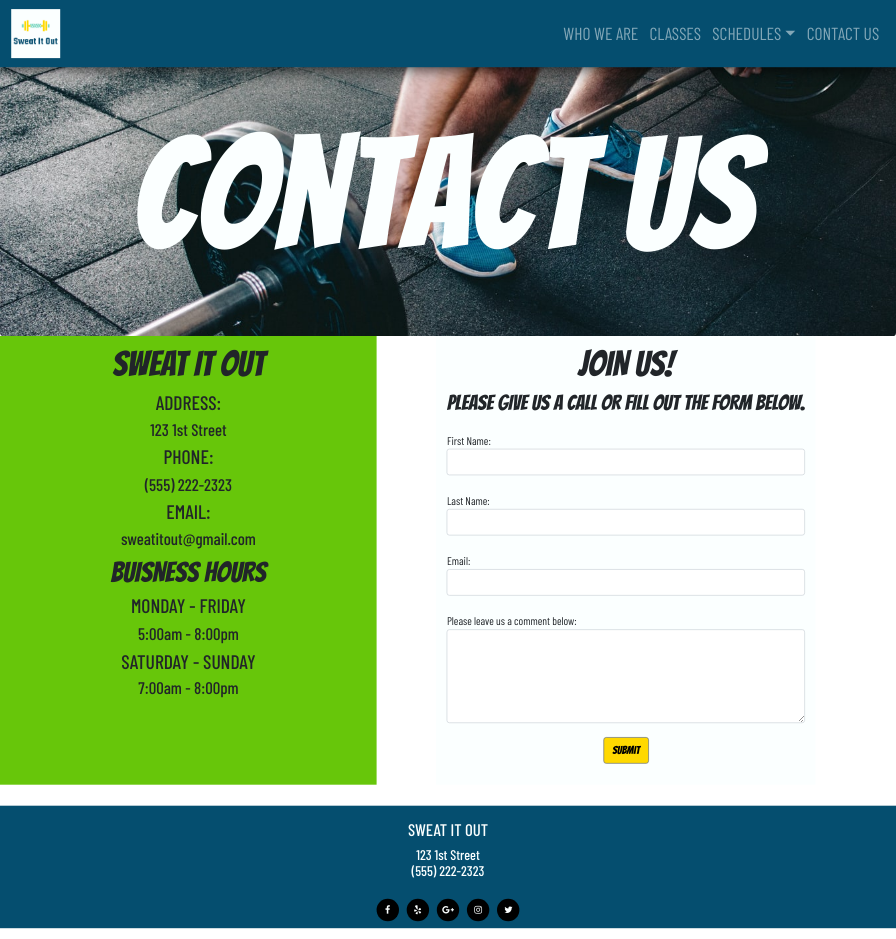
Repository: amybru/sweatitout
Page: contact.html
The author's editor kept a record of every edit. The page is drawn from the files as they stood at one moment, then again after the next edit.
The browser window is 1280 px wide. The pictures show the whole page, at 70% of full size.
Some web fonts or font styles are not loaded; a fallback is used. Some web libraries are served in a nearby version.

Above is the page before.

After the next edit:
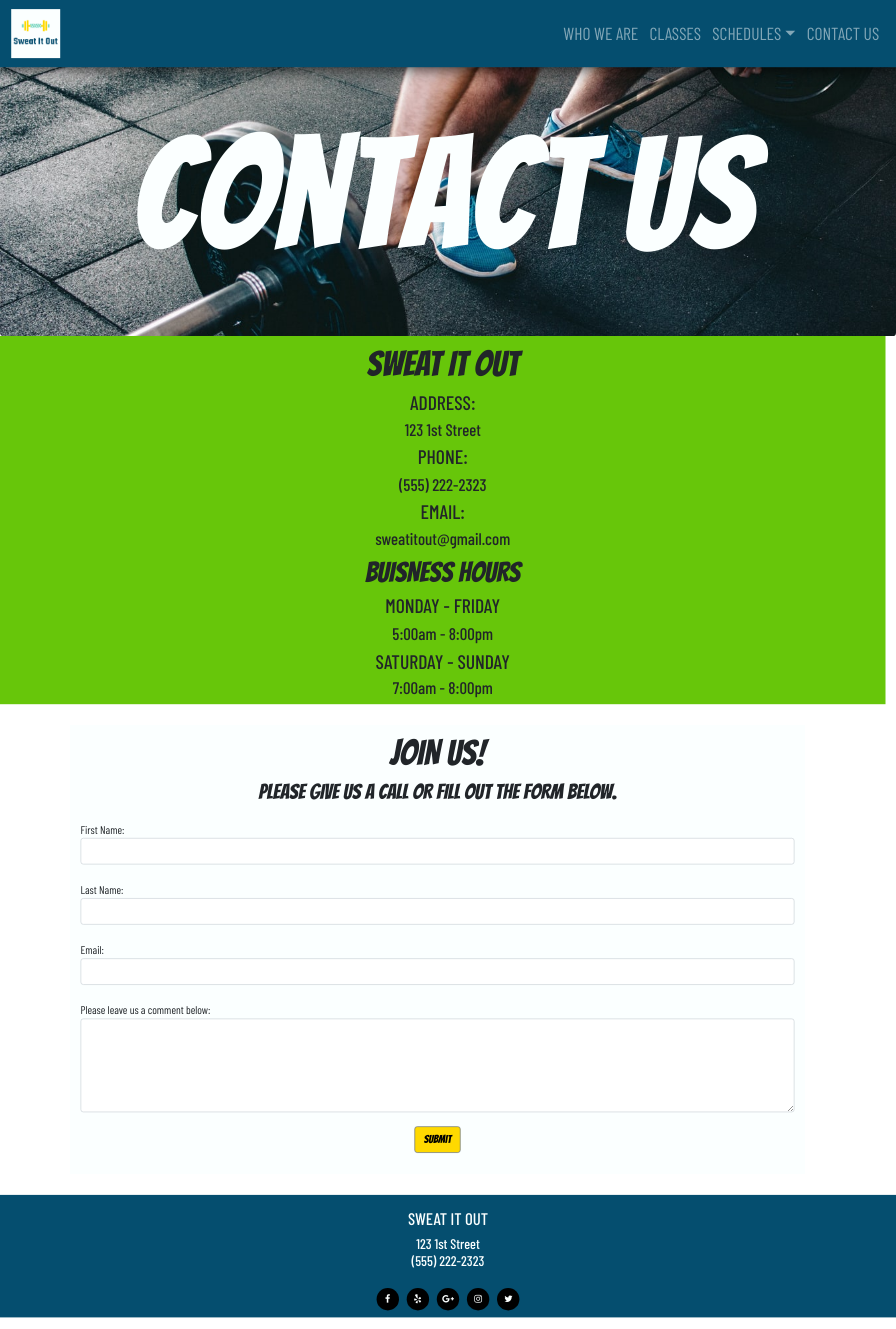
The edit:
--- a/contact.html
+++ b/contact.html
@@ -136,6 +136,7 @@
             </div>
 
             <!--Contact Form-->
+            <div class="container-fluid">
             <div class="row contact-form">
                <div class="column right col">
                   <h3 class="contact-heading uppercase text-center">Join Us!</h3>

After the edit that followed:
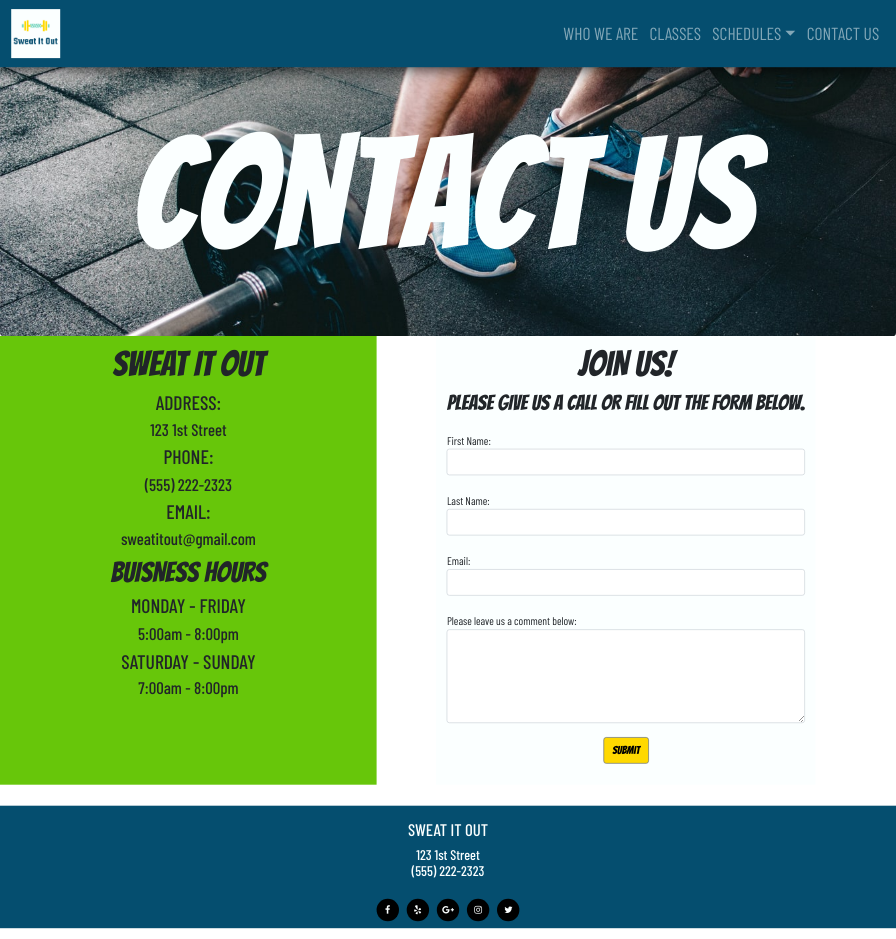
The edit:
--- a/contact.html
+++ b/contact.html
@@ -136,7 +136,6 @@
             </div>
 
             <!--Contact Form-->
-            <div class="container-fluid">
             <div class="row contact-form">
                <div class="column right col">
                   <h3 class="contact-heading uppercase text-center">Join Us!</h3>
